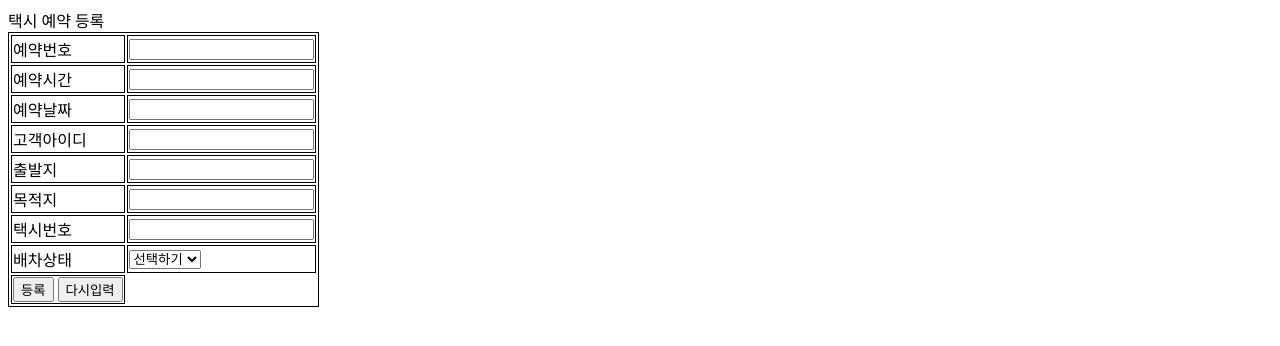
Repository: khs220507/WebClass
Page: prj0828/src/main/webapp/register_taxi.html
These files come from the project's save history. The page is drawn as it stood at one moment and after the next save; the edit follows.
The browser window is 1280 px wide. The pictures show the whole page.

Above is the page before, as saved 2023-08-28 06:49:23.

### prj0828/src/main/webapp/register_taxi.html
<!DOCTYPE html>
<html>
<head>
<meta charset="UTF-8">
<title>Insert title here</title>
<link href="./css/register_taxi.css" rel="stylesheet"/>
</head>
<body>
	<caption>택시 예약 등록</caption>
	<table>
		<tr>
			<td>예약번호</td>
			<td><input type="text"></td>
		</tr>
		<tr>
			<td>예약시간</td>
			<td><input type="text"></td>
		</tr>
		<tr>
			<td>예약날짜</td>
			<td><input type="text"></td>
		</tr>
		<tr>
			<td>고객아이디</td>
			<td><input type="text"></td>
		</tr>
		<tr>
			<td>출발지</td>
			<td><input type="text"></td>
		</tr>
		<tr>
			<td>목적지</td>
			<td><input type="text"></td>
		</tr>
		<tr>
			<td>택시번호</td>
			<td><input type="text"></td>
		</tr>
		<tr>
			<td>배차상태</td>
			<td><select name="배차상태" >
				<option>선택하기</option>
				<option>배차완료</option>
				<option>배차준비</option>
				<option>배차미정</option>
			</select></td>
		</tr>
		<tr>
			<td><button>등록</button>
			<button>다시입력</button></td>

		</tr>
	</table>

</body>
</html>

### prj0828/src/main/webapp/css/register_taxi.css
@charset "UTF-8";


table{
	border: 1px solid black;
	border-collapse: true;
}
td{
	border: 1px solid black;
	border-collapse: true;
}

After the next save:
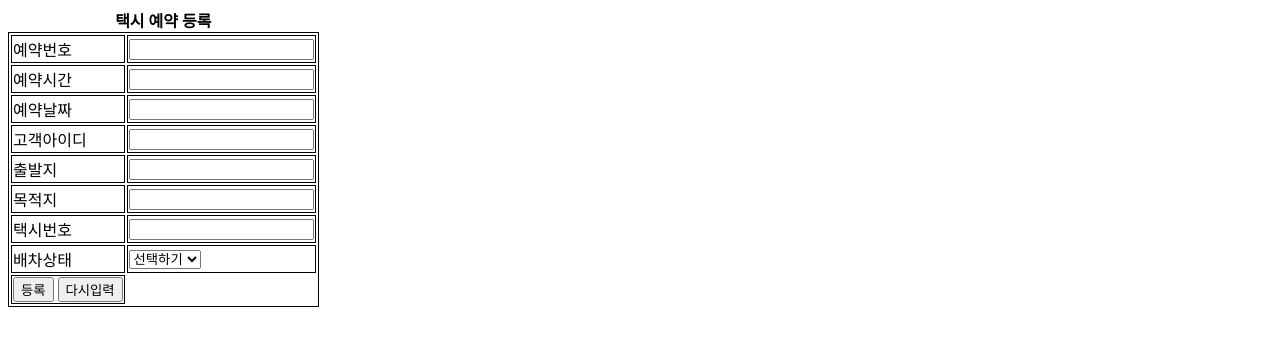
Saved 51 s later.
--- a/prj0828/src/main/webapp/register_taxi.html
+++ b/prj0828/src/main/webapp/register_taxi.html
@@ -6,8 +6,9 @@
 <link href="./css/register_taxi.css" rel="stylesheet"/>
 </head>
 <body>
-	<caption>택시 예약 등록</caption>
+
 	<table>
+		<caption><strong>택시 예약 등록</strong></caption>
 		<tr>
 			<td>예약번호</td>
 			<td><input type="text"></td>
